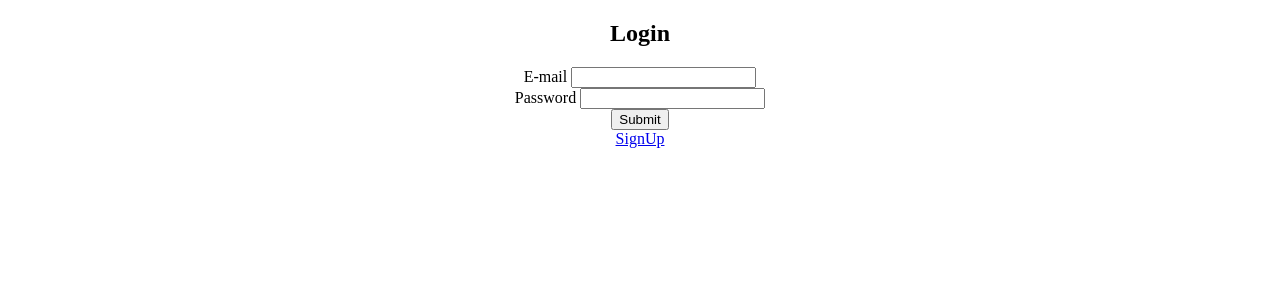
Repository: adiganaveen/Servlets
Page: LoginRegistrationApp/WebContent/login.html
The author's editor kept a copy of each file at every save. The page is drawn from the files as they stood at one save, then again after the next save.
The browser window is 1280 px wide. The pictures show the whole page.

Above is the page before, as saved 2019-01-22 09:25:56.

### LoginRegistrationApp/WebContent/login.html
<!DOCTYPE html>
<html>
<head>
<meta charset="UTF-8">
<title>Login</title>
</head>
<body>
	<form action="login" method="post">
		<h2>
			<center>Login</center>
		</h2>
		<div align="center">
			<div>
				<label>E-mail</label> <input type="text" name="email" required>
			</div>
			<div>
				<label>Password</label> <input type="password" name="password"
					required>
			</div>
			<div>
			<input type="submit" name="submit">
			</div>
			<div>
			<a href="registration.html">SignUp</a>
			</div>
		</div>
	</form>
</body>
</html>

After the next save:
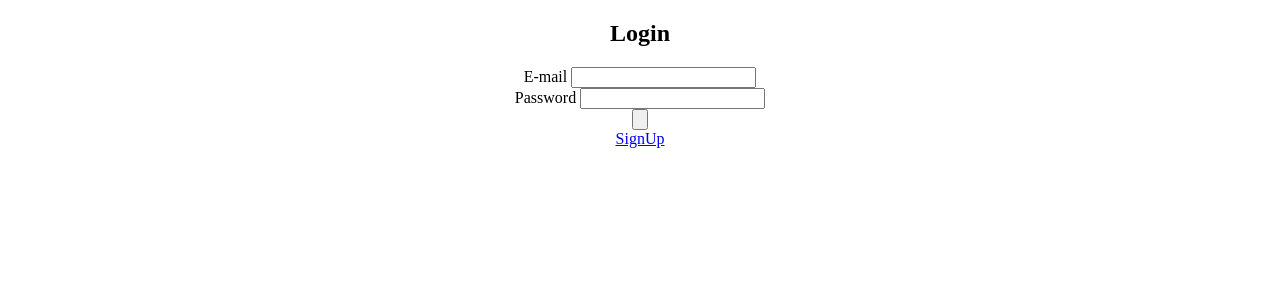
Saved 2 min 29 s later.
--- a/LoginRegistrationApp/WebContent/login.html
+++ b/LoginRegistrationApp/WebContent/login.html
@@ -18,7 +18,7 @@
 					required>
 			</div>
 			<div>
-			<input type="submit" name="submit">
+			<input type="button" name="submit">
 			</div>
 			<div>
 			<a href="registration.html">SignUp</a>
